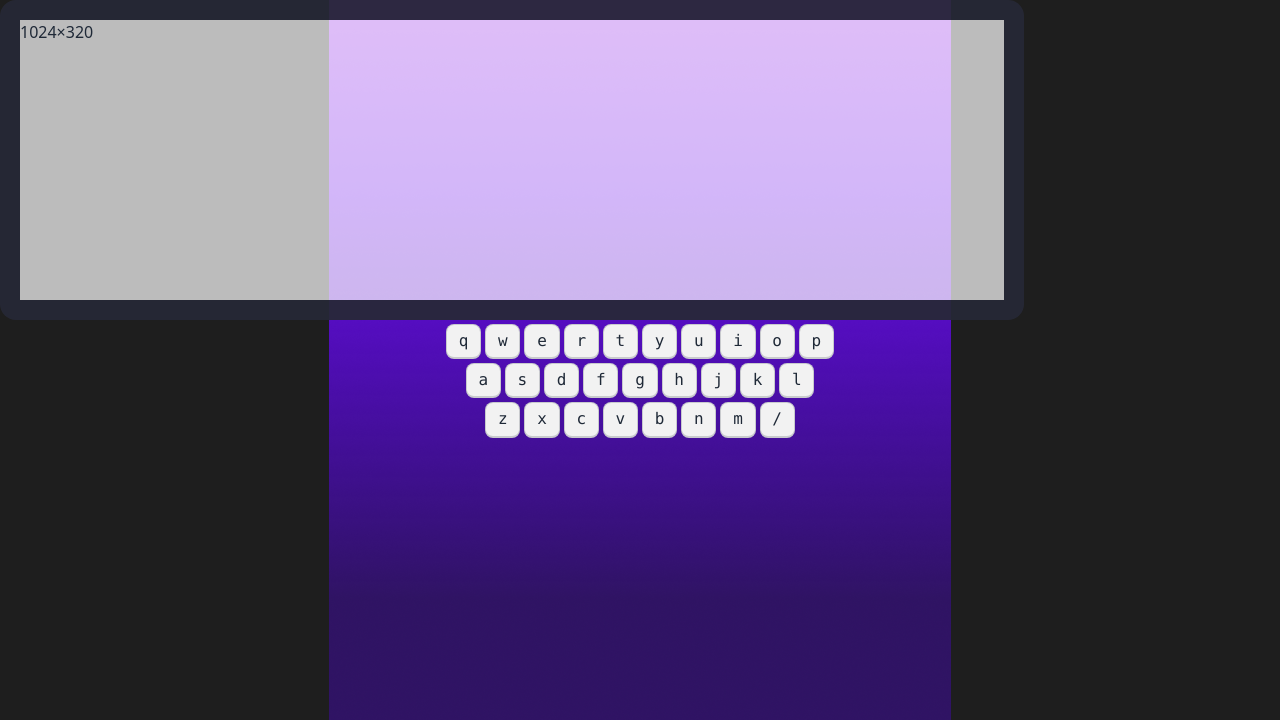
Repository: RudrasahaDibos/Alphabet-clash-
Page: index.html
An editor plug-in stored every save of this project. The page is shown before and after the next save, followed by the edit.
The browser window is 1280 px wide. The pictures show the whole page.
Some web fonts or font styles are not loaded; a fallback is used. Some web libraries are served in a nearby version.

Above is the page before, as saved 2024-11-04 11:57:23.

After the next save:
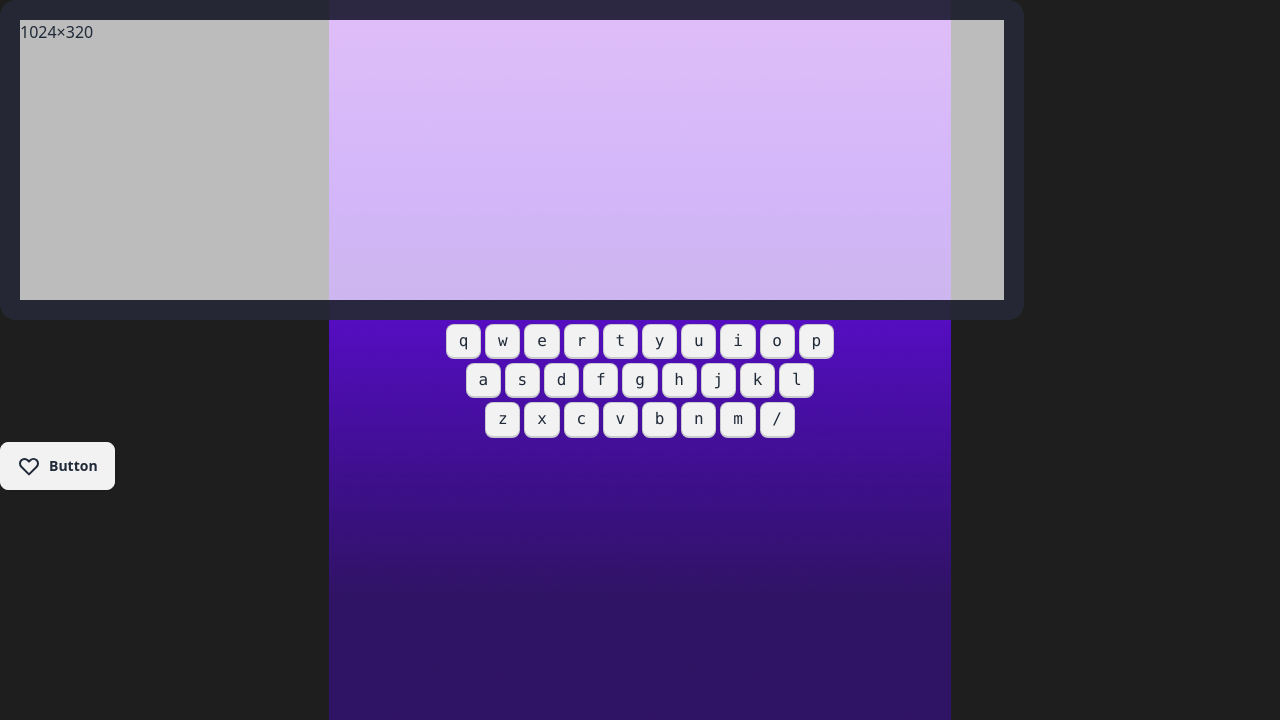
Saved 19 min 6 s later.
--- a/index.html
+++ b/index.html
@@ -76,7 +76,23 @@
                       <!-- keyboard end here -->
 
                       <!-- life and scrore button here -->
-
+                               <div>
+                                <button class="btn">
+                                    <svg
+                                      xmlns="http://www.w3.org/2000/svg"
+                                      class="h-6 w-6"
+                                      fill="none"
+                                      viewBox="0 0 24 24"
+                                      stroke="currentColor">
+                                      <path
+                                        stroke-linecap="round"
+                                        stroke-linejoin="round"
+                                        stroke-width="2"
+                                        d="M4.318 6.318a4.5 4.5 0 000 6.364L12 20.364l7.682-7.682a4.5 4.5 0 00-6.364-6.364L12 7.636l-1.318-1.318a4.5 4.5 0 00-6.364 0z" />
+                                    </svg>
+                                    Button
+                                  </button>
+                               </div>
                       <!-- life and scrore button end here -->
             </section>
             <!-- midlle screen end here -->
